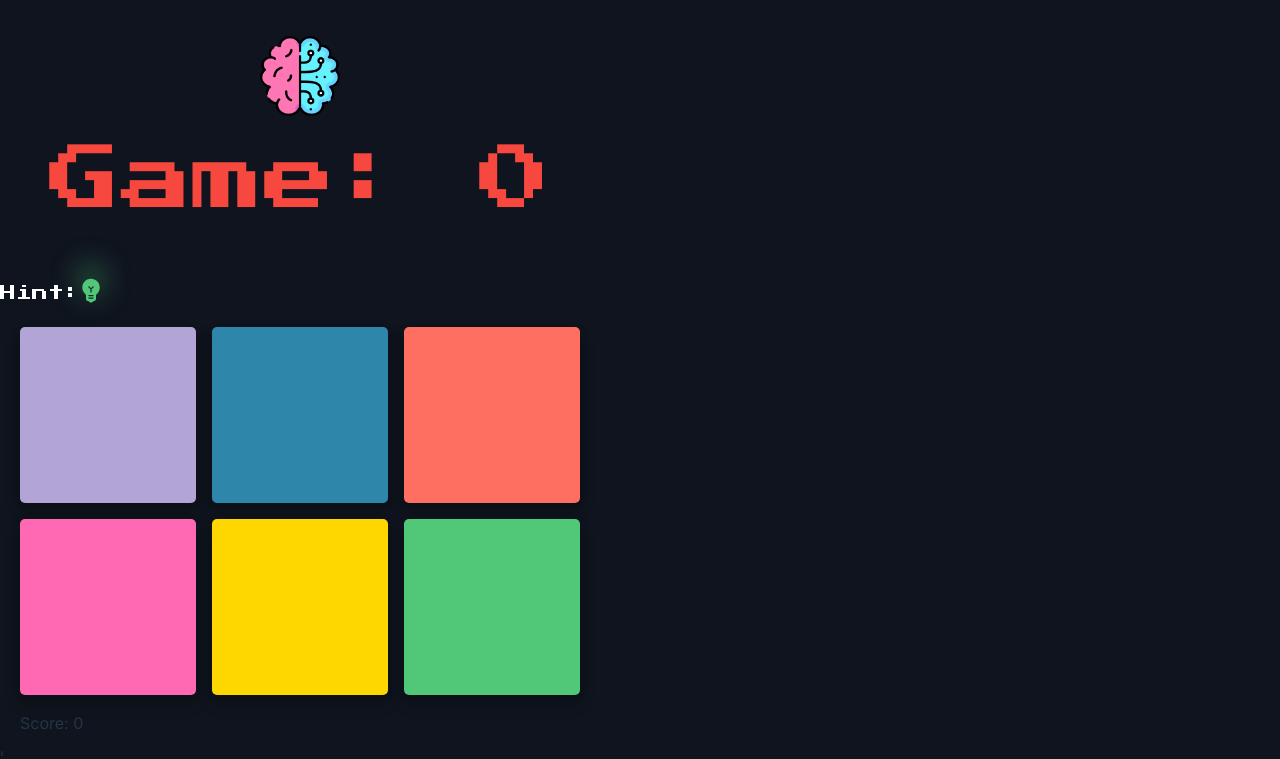
Repository: Shenixo/Color_match_game
Page: /game_play
These files come from the project's save history. The page is drawn as it stood at one moment and after the next save; the edit follows.
The browser window is 1280 px wide. The pictures show the whole page.
The project was rebuilt for these pictures with package versions that can differ from the ones it lists, and the page was loaded fresh each time. Also part of the build but not shown: vite.config.js, src/Components/Tab/Tab.css, src/Components/Tab/Tab.jsx, src/Pages/Home/Home.jsx, src/Pages/Rules/Rules.css, src/Pages/Rules/Rules.jsx, src/Pages/Sound/Sound.jsx. Imported but missing from the stored project, and not drawn on this page: src/assets/button_clicks.wav, src/assets/game_theme_sound.mp4.

Above is the page before, as saved 2025-02-04 02:03:59.

### index.html
<!DOCTYPE html>
<html lang="en">
  <head>
    <meta charset="UTF-8" />
    <link rel="icon" type="image/svg+xml" href="/vite.svg" />
    <meta name="viewport" content="width=device-width, initial-scale=1.0" />
    <link rel="preconnect" href="https://fonts.googleapis.com" />
    <link rel="preconnect" href="https://fonts.gstatic.com" crossorigin />
    <link rel="preconnect" href="https://fonts.googleapis.com">
<link rel="preconnect" href="https://fonts.gstatic.com" crossorigin>
<link href="https://fonts.googleapis.com/css2?family=Inter:ital,opsz,wght@0,14..32,100..900;1,14..32,100..900&family=Poppins:ital,wght@0,100;0,200;0,300;0,400;0,500;0,600;0,700;0,800;0,900;1,100;1,200;1,300;1,400;1,500;1,600;1,700;1,800;1,900&family=Press+Start+2P&display=swap" rel="stylesheet">
    <title>Color Match</title>
  </head>
  <body>
    <div id="root"></div>
    <script type="module" src="/src/main.jsx"></script>
  </body>
</html>

### src/App.jsx
import { Route, Routes } from "react-router-dom";
import "./App.css";
import Home from "./Pages/Home/Home";
import Rules from "./Pages/Rules/Rules";
import Sound from "./Pages/Sound/Sound";
import GamePlay from "./Pages/GamePlay/GamePlay";

function App() {
  return (
    <div>
      <Routes>
        <Route path="/" element={<Home />} />
        <Route path="/game_play" element={<GamePlay/>}/>
        <Route path="/rules" element={<Rules />} />
        <Route path="/sound" element={<Sound />} />
      </Routes>
    </div>
  );
}

export default App;

### src/App.css
*{
  padding: 0;
  margin: 0;
  box-sizing: border-box;
  font-family: "Inter", serif;
}
body{
  background: #0f141e;
}

### src/Pages/GamePlay/GamePlay.jsx
import {Card, listenForScoreUpdates } from "../../Components/Card/Card"
import Title from "../../Components/Title/Title"
import "./GamePlay.css"
import ScoreNdColorBox from "../../Components/ScoreNdColorBox/ScoreNdColorBox"
import { useEffect, useState } from "react"

const GamePlay = () => {
  const [score, setScore] = useState(0);
  useEffect(() => {
    listenForScoreUpdates(setScore);
  }, []);
  return (
    <div>
      <div className="container">
        <Title content={`Game: ${score}`} />
        <div className="game-tab">
        <ScoreNdColorBox/>
        </div>
        <Card/>
      </div>
    </div>
  )
}

export default GamePlay

### src/Components/Title/Title.jsx
/* eslint-disable react/prop-types */
import "./Title.css"
import brain from "../../assets/brain.png"
import { Link } from "react-router-dom"
import { TabClick } from "../../Components/Sound/Sound";
const Title = ({content}) => {
  return (
    <div className="title">
          <h1>{content}</h1>
          <Link to="/">
          <img src={brain} onClick={TabClick} alt="Brain image" width={80} />
          </Link>
    </div>
  )
}

export default Title

### src/Pages/Home/Home.css
.home{
    width: 100%;
    max-height: 100svh;
}
.container{
    display: flex;
    align-items: center;
    justify-content: center;
    margin-top: 6%;
    flex-direction: column;
    gap: 1rem;
}

### src/Components/Sound/Sound.jsx
import Game_sound from "../../assets/game_theme_sound.mp4";
import Tab_sound from "../../assets/button_clicks.wav";

let game_theme = new Audio(Game_sound);
game_theme.loop = true;
const GameTheme = () => {
  if (game_theme.paused) {
    game_theme.play();
  } else {
    game_theme.pause();
    game_theme.currentTime = 0;
  }
};


const TabClick = () => {
  const tab_clicks = new Audio(Tab_sound)
  tab_clicks.play()
}
export { GameTheme, TabClick };

### src/Components/Card/Card.jsx
import { useState, useEffect } from "react";
import "./Card.css";
import { TabClick } from "../../Components/Sound/Sound";

const fineColors = [
  "#2E86AB",
  "#FF6F61",
  "#50C878",
  "#B2A4D4",
  "#FFD700",
  "#FF69B4",
];

let score = 0;
const setGlobalScore = (newScore) => {
  score = newScore;
  document.dispatchEvent(new CustomEvent("scoreUpdated", { detail: score }));
};

const Card = () => {
  const cardArr = Array.from({ length: 6 });
  const [shuffledColors, setShuffledColors] = useState([...fineColors]);
  const [localScore, setLocalScore] = useState(score);
  const [chosenColor, setChosenColor] = useState(null);
  const [clickEnabled, setClickEnabled] = useState(false);
  const [showHint, setShowHint] = useState(true);

  useEffect(() => {
    startNewRound();
  }, []);

  const startNewRound = () => {
    setClickEnabled(false);
    setShowHint(true);

    const randomColor = fineColors[Math.floor(Math.random() * fineColors.length)];
    setChosenColor(randomColor);

    // Dispatch the chosen color event
    document.dispatchEvent(new CustomEvent("colorChosen", { detail: randomColor }));

    setTimeout(() => {
      const shuffled = [...fineColors].sort(() => Math.random() - 0.5);
      setShuffledColors(shuffled);
      setClickEnabled(true);
      setShowHint(false);
    }, 4000);
  };

  const handleWinState = () => {
    setLocalScore((prev) => {
      const newScore = prev + 1;
      setGlobalScore(newScore);
      return newScore;
    });
  };

  const handleLoseState = () => {
    setLocalScore((prev) => {
      const newScore = prev - 1;
      setGlobalScore(newScore);
      return newScore;
    });
  };

  const handleCheckPlayerClick = (clickedIndex) => {
    if (!clickEnabled) return;

    const clickedColor = shuffledColors[clickedIndex];

    if (clickedColor === chosenColor) {
      handleWinState();
    } else {
      handleLoseState();
    }

    TabClick();
    setClickEnabled(false);

    setTimeout(() => {
      startNewRound();
    }, 1000);
  };

  return (
    <div className="card">
      {cardArr.map((_, idx) => (
        <button
          onClick={() => handleCheckPlayerClick(idx)}
          className={showHint && shuffledColors[idx] === chosenColor ? "chosen_card" : ""}
          style={{ background: shuffledColors[idx] }}
          key={idx}
          disabled={!clickEnabled}
        />
      ))}
      <p>Score: {localScore}</p>
    </div>
  );
};

export { Card, setGlobalScore };

export const listenForScoreUpdates = (callback) => {
  document.addEventListener("scoreUpdated", (event) => {
    callback(event.detail);
  });
};

### src/Pages/GamePlay/GamePlay.css
.game-tab{
    display: flex;
    align-items: center;
    justify-content: space-between;
    width: 600px;
}

### src/Components/ScoreNdColorBox/ScoreNdColorBox.jsx
import ChosenColor from "../ChosenColorDisplay/ChosenColorDisplay"

import "./ScoreNdColorBox.css";
const ScoreNdColorBox = () => {

  return (
    <div className="score_nd_color_box">
      <div className="target_card">
        <p>Hint:</p>
        <ChosenColor/>
      </div>
    </div>
  );
};

export default ScoreNdColorBox;

### src/Components/Title/Title.css
.title {
  display: flex;
  align-items: center;
  gap: 1rem;
  color: #f6483e;
  font-size: 1.4rem;
  margin-bottom: 2.5rem;
  flex-direction: column-reverse;
}
.title h1 {
  font-family: "Press Start 2P", serif;
}

### src/Components/Card/Card.css
.card {
  display: grid;
  grid-template-columns: 1fr 1fr 1fr;
  gap: 1rem;
  transition: all 0.5s ease-in-out;
  justify-content: center;
  align-items: center;
  position: relative;
}
.card button {
  width: 11rem;
  cursor: pointer;
  height: 11rem;
  border-radius: 5px;
  transition: transform 0.5s ease-in-out, opacity 0.5s ease-in-out;
  box-shadow: 0px 8px 16px rgba(0, 0, 0, 0.2), 0px 4px 8px rgba(0, 0, 0, 0.1);
  transition: .5s;
  border: none;
}
.card div:active{
  scale: .85;
}

.chosen_card {
  animation: pulse 1.2s 3 ease-in-out;
}

@keyframes pulse {
  0% {
    transform: scale(1);
  }
  50% {
    transform: scale(1.1);
  }
  100% {
    transform: scale(1);
  }
}

.card.collapse div {
  transform: scale(0.1) translate(-50%, -50%);
  opacity: 0;
}

.card.spread div {
  transform: scale(1) translate(0, 0);
  opacity: 1;
}

@media only screen and (max-width: 880px) {
  .card {
    grid-template-columns: 1fr 1fr;
  }
}

### src/Components/ChosenColorDisplay/ChosenColorDisplay.jsx
import { useState, useEffect } from "react";
import EmojiObjectsIcon from "@mui/icons-material/EmojiObjects";

const ChosenColorDisplay = () => {
  const [chosenColor, setChosenColor] = useState(null);

  useEffect(() => {
    const handleColorChosen = (event) => {
      setChosenColor(event.detail);
    };
    document.addEventListener("colorChosen", handleColorChosen);
    return () => {
      document.removeEventListener("colorChosen", handleColorChosen);
    };
  }, []);
  return (
    <span>
      <EmojiObjectsIcon
        style={{
          color: chosenColor || "#ccc",
          fontSize: 30,
          marginLeft: "-20px",
          filter: chosenColor
            ? `drop-shadow(0px -10px 15px ${chosenColor})`
            : "none",
          transition: "filter 0.3s ease-in-out",
        }}
      />
    </span>
  );
};

export default ChosenColorDisplay;

### src/Components/ScoreNdColorBox/ScoreNdColorBox.css

.random_card{
    border-radius: 5px;
    height: 2.4rem;
    width: 2.4rem;
}
.target_card{
    display: flex;
    align-items: center;
    gap: 1rem;
    font-size: 1rem;
    color: white;
}
.target_card p{
    font-family: "Press Start 2P", serif;

}

Loaded but not shown: src/main.jsx (common file); src/index.css (common file)

After the next save:
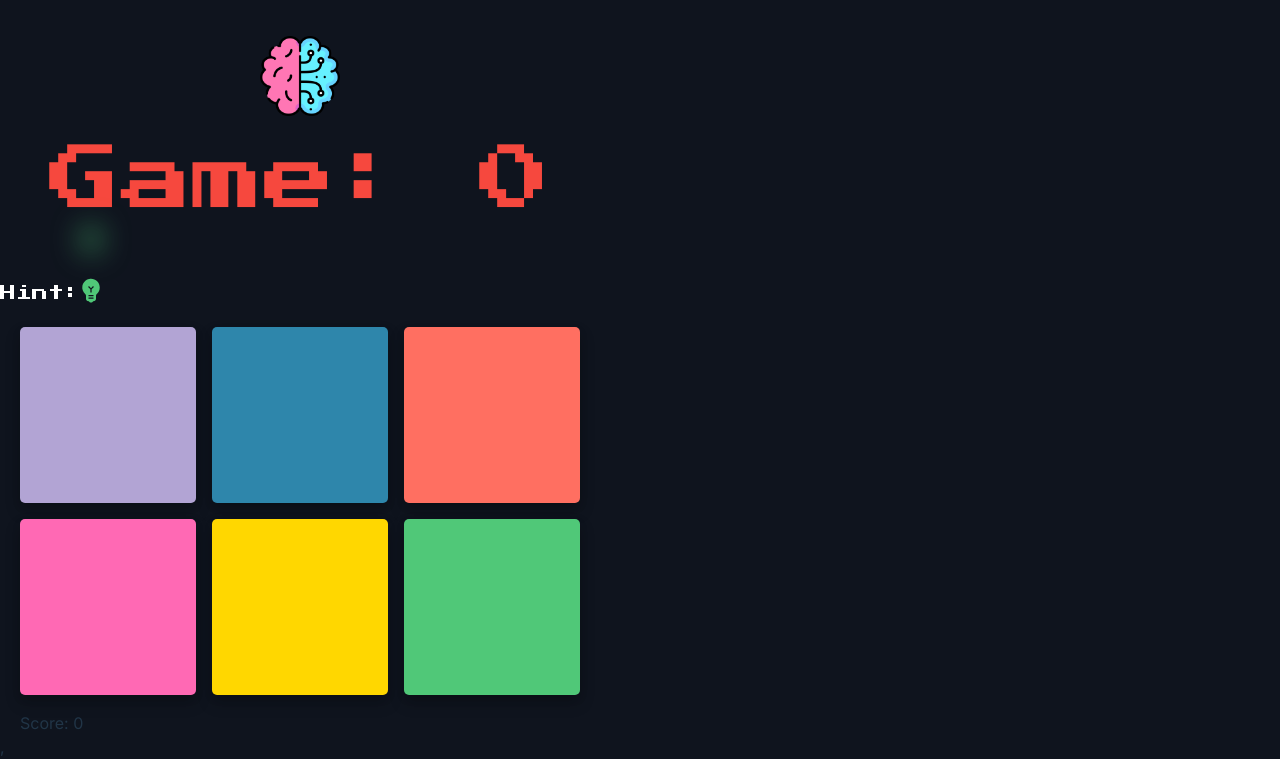
Saved 14 s later.
--- a/src/Components/ChosenColorDisplay/ChosenColorDisplay.jsx
+++ b/src/Components/ChosenColorDisplay/ChosenColorDisplay.jsx
@@ -21,7 +21,7 @@
           fontSize: 30,
           marginLeft: "-20px",
           filter: chosenColor
-            ? `drop-shadow(0px -10px 15px ${chosenColor})`
+            ? `drop-shadow(0px -50px 15px ${chosenColor})`
             : "none",
           transition: "filter 0.3s ease-in-out",
         }}

After the save that followed:
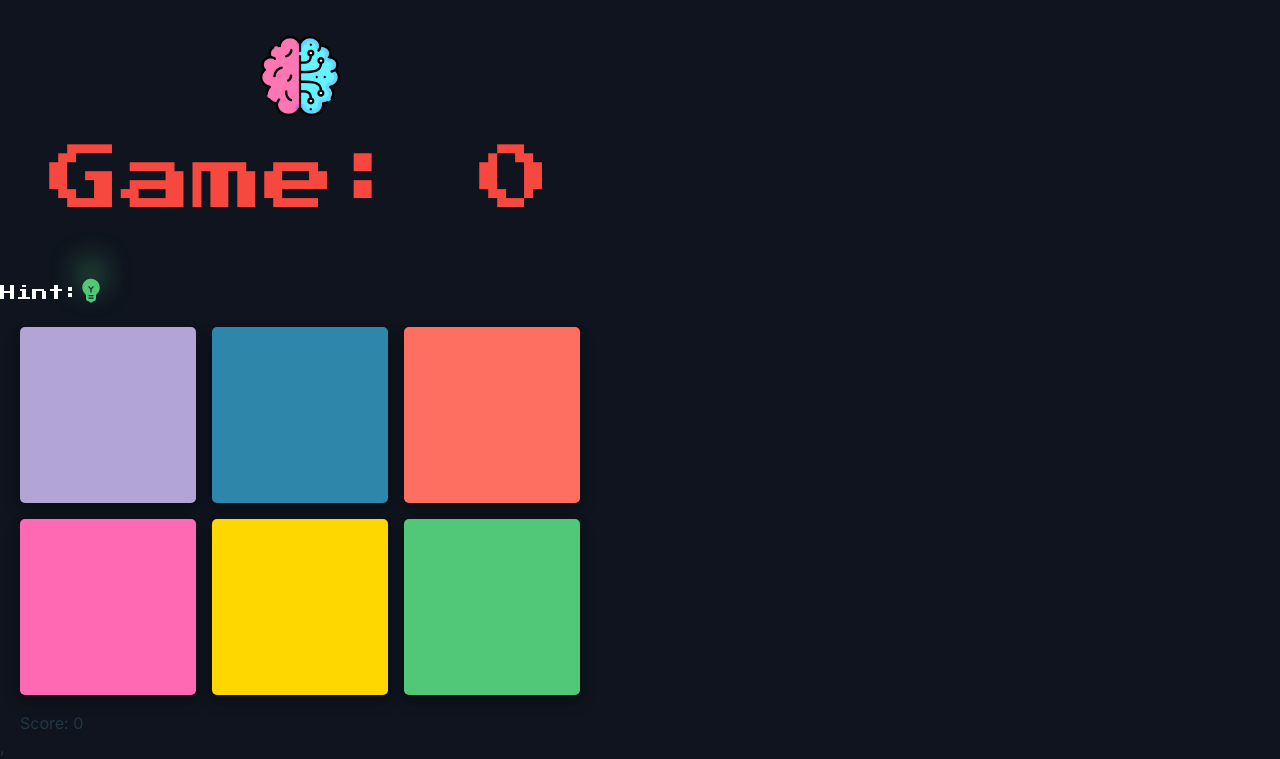
Saved 20 s later.
--- a/src/Components/ChosenColorDisplay/ChosenColorDisplay.jsx
+++ b/src/Components/ChosenColorDisplay/ChosenColorDisplay.jsx
@@ -21,7 +21,7 @@
           fontSize: 30,
           marginLeft: "-20px",
           filter: chosenColor
-            ? `drop-shadow(0px -50px 15px ${chosenColor})`
+            ? `drop-shadow(0px -15px 15px ${chosenColor})`
             : "none",
           transition: "filter 0.3s ease-in-out",
         }}
